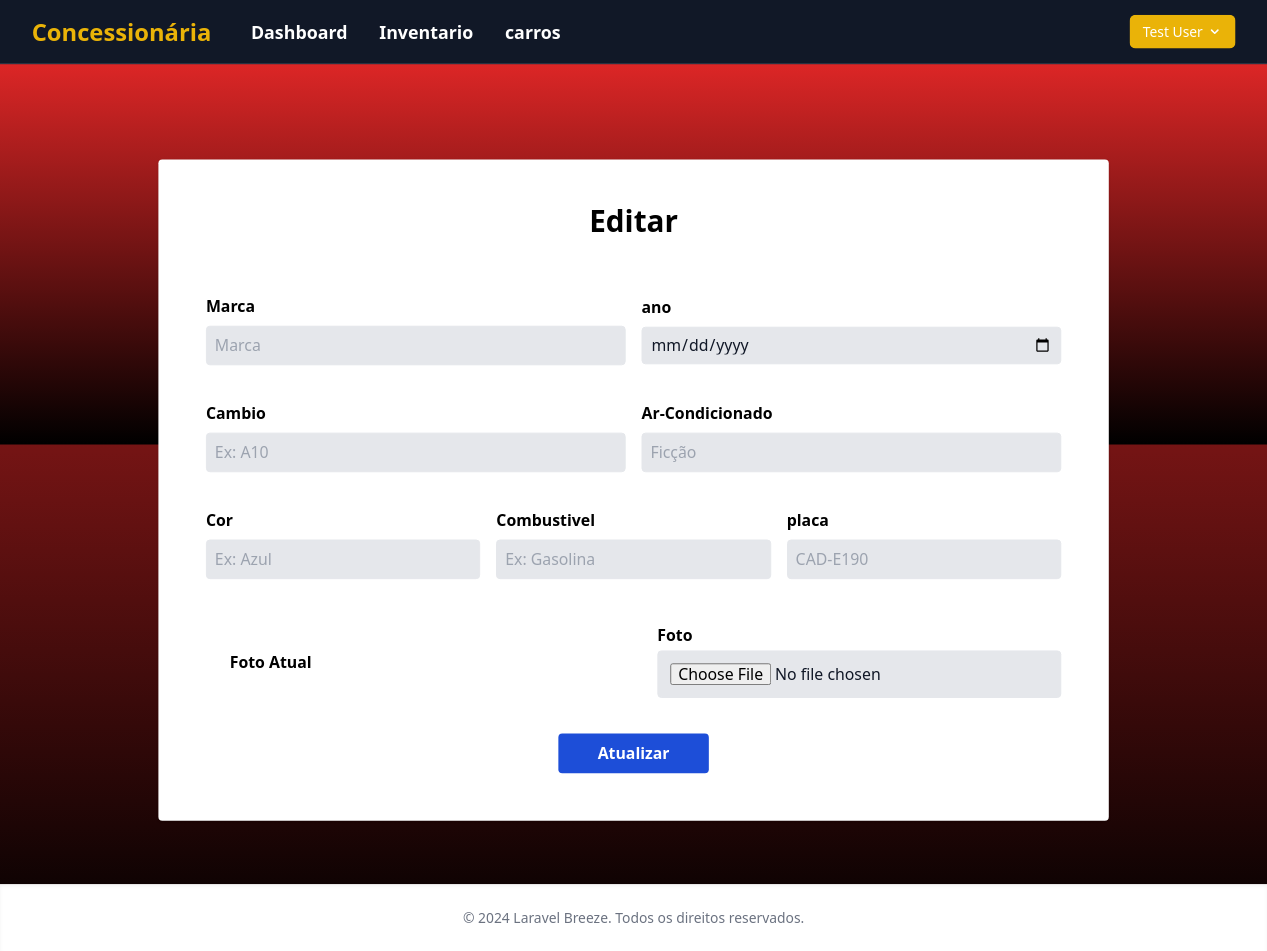
Repository: CarlosEduFF/Projeto-Concession-ria
Page: resources/views/editar.blade.php
An editor plug-in stored every save of this project. The page is shown before and after the next save, followed by the edit.
The browser window is 1280 px wide. The pictures show the whole page, at 99% of full size.
Some web libraries are served in a nearby version. The page is served by the project's Laravel application, run on PHP 8.4 with Laravel 9. A made-up administrator, Test User (test@example.com), is signed in. Other server files are loaded and not shown. The template is opened directly, without the code that normally fills it, so the values that code supplies are empty.

Above is the page before, as saved 2024-09-10 17:08:28.

### routes/web.php
<?php

use App\Http\Controllers\ProfileController;
use Illuminate\Support\Facades\Route;
use App\Http\Controllers\CarroController;

Route::get('/', function () {
    return view('welcome');
});

Route::get('/dashboard', function () {
    return view('dashboard');
})->middleware(['auth', 'verified'])->name('dashboard');

Route::middleware('auth')->group(function () {
    Route::get('/profile', [ProfileController::class, 'edit'])->name('profile.edit');
    Route::patch('/profile', [ProfileController::class, 'update'])->name('profile.update');
    Route::delete('/profile', [ProfileController::class, 'destroy'])->name('profile.destroy');
});

Route::post('/createcarro', [CarroController::class, 'create']);
Route::get('/excluir/{id}', [CarroController::class, 'excluir']);
Route::get('/dashboard', [CarroController::class, 'dashboard'])->middleware(['auth', 'verified'])->name('dashboard');
require __DIR__.'/auth.php';


Route::get('/atualizar', function () {
    return view('atualizacao');
});

Route::post("/atualizar/{id}", [CarroController::class, 'atualizar']);
Route::get("/editar/{id}",[CarroController::class, 'editar'])->name('Editar.carro');

### resources/views/editar.blade.php
<!DOCTYPE html>
<html lang="en">
<head>
    <meta charset="UTF-8">
    <meta name="viewport" content="width=device-width, initial-scale=1.0">
    <link rel="stylesheet" href="https://cdn.jsdelivr.net/npm/tailwindcss@2.2.19/dist/tailwind.min.css">
    <script src="https://unpkg.com/flowbite@1.5.0/dist/flowbite.js"></script>
    <script src="https://cdn.tailwindcss.com"></script>
    <title>Editar Carro</title>
</head>
<body  class="bg-gradient-to-b from-red-600 to-black min-h-screen flex flex-col">

<nav x-data="{ open: false }" class="bg-gray-900 text-white shadow-lg border-b border-gray-700">
    <!-- Primary Navigation Menu -->
    <div class="max-w-7xl mx-auto px-4 sm:px-6 lg:px-8">
        <div class="flex justify-between h-16">
            <div class="flex">
                <!-- Logo -->
                <div class="shrink-0 flex items-center">
                    <a href="{{ route('dashboard') }}">
                    <a href="#" class="text-2xl font-bold text-yellow-500">Concessionária</a>
                    </a>
                </div>

                <!-- Navigation Links -->
                <div class="hidden space-x-8 sm:-my-px sm:ml-10 items-center sm:flex">
                    <a href="{{ route('dashboard') }}" class="text-lg font-semibold text-white hover:text-yellow-400">
                        {{ __('Dashboard') }}
                    </a>
                    <a  class="text-lg font-semibold text-white hover:text-yellow-400">
                        Inventario
                    </a>
                    <a href="" class="text-lg font-semibold text-white hover:text-yellow-400">
                        carros
                    </a>
                </div>
            </div>

            <!-- Settings Dropdown -->
            <div class="hidden sm:flex sm:items-center sm:ml-6">
                <x-dropdown align="right" width="48">
                    <x-slot name="trigger">
                        <button class="inline-flex items-center px-3 py-2 border border-transparent text-sm leading-4 font-medium rounded-md bg-yellow-500 text-white hover:bg-yellow-600 focus:outline-none transition ease-in-out duration-150">
                            <div>{{ Auth::user()->name }}</div>
                            <div class="ml-1">
                                <svg class="fill-current h-4 w-4" xmlns="http://www.w3.org/2000/svg" viewBox="0 0 20 20">
                                    <path fill-rule="evenodd" d="M5.293 7.293a1 1 0 011.414 0L10 10.586l3.293-3.293a1 1 0 111.414 1.414l-4 4a1 1 0 01-1.414 0l-4-4a1 1 0 010-1.414z" clip-rule="evenodd" />
                                </svg>
                            </div>
                        </button>
                    </x-slot>

                    <x-slot name="content">
                        <x-dropdown-link :href="route('profile.edit')">
                            {{ __('Profile') }}
                        </x-dropdown-link>

                        <!-- Authentication -->
                        <form method="POST" action="{{ route('logout') }}">
                            @csrf
                            <x-dropdown-link :href="route('logout')"
                                    onclick="event.preventDefault();
                                                this.closest('form').submit();">
                                {{ __('Log Out') }}
                            </x-dropdown-link>
                        </form>
                    </x-slot>
                </x-dropdown>
            </div>

            <!-- Hamburger -->
            <div class="-mr-2 flex items-center sm:hidden">
                <button @click="open = ! open" class="inline-flex items-center justify-center p-2 rounded-md text-yellow-500 hover:text-yellow-400 hover:bg-gray-800 focus:outline-none focus:bg-gray-800 focus:text-yellow-400 transition duration-150 ease-in-out">
                    <svg class="h-6 w-6" stroke="currentColor" fill="none" viewBox="0 0 24 24">
                        <path :class="{'hidden': open, 'inline-flex': ! open }" class="inline-flex" stroke-linecap="round" stroke-linejoin="round" stroke-width="2" d="M4 6h16M4 12h16M4 18h16" />
                        <path :class="{'hidden': ! open, 'inline-flex': open }" class="hidden" stroke-linecap="round" stroke-linejoin="round" stroke-width="2" d="M6 18L18 6M6 6l12 12" />
                    </svg>
                </button>
            </div>
        </div>
    </div>

    <!-- Responsive Navigation Menu -->
    <div :class="{'block': open, 'hidden': ! open}" class="hidden sm:hidden">
        <div class="pt-2 pb-3 space-y-1">
            <a href="{{ route('dashboard') }}" class="block text-base font-semibold text-yellow-500 hover:bg-gray-800 hover:text-yellow-400">
                {{ __('Dashboard') }}
            </a>
            <a href="" class="block text-base font-semibold text-yellow-500 hover:bg-gray-800 hover:text-yellow-400">
                Inventario
            </a>
        </div>

        <!-- Responsive Settings Options -->
        <div class="pt-4 pb-1 border-t border-gray-700">
            <div class="px-4">
                <div class="font-medium text-base text-white">{{ Auth::user()->name }}</div>
                <div class="font-medium text-sm text-gray-400">{{ Auth::user()->email }}</div>
            </div>

            <div class="mt-3 space-y-1">
                <a href="{{ route('profile.edit') }}" class="block px-4 py-2 text-base font-semibold text-yellow-500 hover:bg-gray-800 hover:text-yellow-400">
                    {{ __('Profile') }}
                </a>

                <!-- Authentication -->
                <form method="POST" action="{{ route('logout') }}">
                    @csrf
                    <a href="{{ route('logout') }}"
                       onclick="event.preventDefault(); this.closest('form').submit();"
                       class="block px-4 py-2 text-base font-semibold text-yellow-500 hover:bg-gray-800 hover:text-yellow-400">
                        {{ __('Log Out') }}
                    </a>
                </form>
            </div>
        </div>
    </div>
</nav>
<!-- FINAL DO Navbar-->

        <div class="w-full">
    <div class="bg-gradient-to-b from-red-600 to-black h-96"></div>
    <div class="max-w-5xl mx-auto px-6 sm:px-6 lg:px-8 mb-12">
    <div class="bg-white w-full shadow rounded p-8 sm:p-12 -mt-72">
        <p class="text-3xl font-bold leading-7 text-center">Editar</p>
        <form method="POST" action="/atualizar/{{$carro->id}}" enctype="multipart/form-data">
            @csrf
            <!-- Primeira linha de inputs -->
            <div class="md:flex items-center mt-12">
                <div class="w-full md:w-1/2 flex flex-col mt-4">
                    <label class="font-semibold leading-none">Marca</label>
                    <input type="text"  name="titulo" placeholder="Marca" class="leading-none text-gray-900 p-2 focus:outline-none focus:border-blue-700 mt-3 bg-gray-200 border rounded border-gray-200" />
                </div>
                <div class="w-full md:w-1/2 flex flex-col mt-4 md:ml-4">
                    <label class="font-semibold leading-none">ano</label>
                    <input type="date" name="ano"  placeholder="Ex: 2024/05/10" class="leading-none text-gray-900 p-2 focus:outline-none focus:border-blue-700 mt-3 bg-gray-200 border rounded border-gray-200" />
                </div>
            </div>

            <!-- Segunda linha de inputs -->
            <div class="md:flex items-center mt-6">
                <div class="w-full md:w-1/2 flex flex-col mt-4">
                    <label class="font-semibold leading-none">Cambio</label>
                    <input type="text" name="cambio"  placeholder="Ex: A10" class="leading-none text-gray-900 p-2 focus:outline-none focus:border-blue-700 mt-3 bg-gray-200 border rounded border-gray-200" />
                </div>
                <div class="w-full md:w-1/2 flex flex-col mt-4 md:ml-4">
                    <label class="font-semibold leading-none">Ar-Condicionado</label>
                    <input type="text" name="Ar-con"  placeholder="Ficção" class="leading-none text-gray-900 p-2 focus:outline-none focus:border-blue-700 mt-3 bg-gray-200 border rounded border-gray-200" />
                </div>
            </div>

            <!-- Terceira linha de inputs -->
            <div class="md:flex items-center mt-6">
                <div class="w-full md:w-1/3 flex flex-col mt-4">
                    <label class="font-semibold leading-none">Cor</label>
                    <input type="text" name="pontuacao"  placeholder="Ex: Azul" class="leading-none text-gray-900 p-2 focus:outline-none focus:border-blue-700 mt-3 bg-gray-200 border rounded border-gray-200" />
                </div>
                 <!-- quarta linha de inputs -->
                <div class="w-full md:w-1/3 flex flex-col mt-4 md:ml-4">
                    <label class="font-semibold leading-none">Combustivel</label>
                    <input type="text" name="combustivel"  placeholder="Ex: Gasolina" class="leading-none text-gray-900 p-2 focus:outline-none focus:border-blue-700 mt-3 bg-gray-200 border rounded border-gray-200" />
                </div>
                 <!-- Quinta linha de inputs -->
                <div class="w-full md:w-1/3 flex flex-col mt-4 md:ml-4">
                    <label class="font-semibold leading-none">placa</label>
                    <input type="text" name="empresa"  placeholder="CAD-E190" class="leading-none text-gray-900 p-2 focus:outline-none focus:border-blue-700 mt-3 bg-gray-200 border rounded border-gray-200" />
                </div>
            </div>
               <!-- TSexta linha de inputs -->
            <div class="md:flex items-center mt-12">
                        <div class="w-full flex md:w-1/2 flex-col md:ml-6 md:mt-0 mt-4">
                            <label class="font-semibold leading-none">Foto Atual</label>
                          @if($carro->capa)
                           <img src="{{asset('storage/' . $carro->foto)}}" alt="capa anterior " class="leading-none text-gray-900 p-2 focus:outline-none focus:border-blue-700 mt-2 bg-gray-200 border rounded border-gray-200 size-3/5">
                           @endif
                    </div>
                    <div class="w-full md:w-1/2 flex flex-col md:ml-6 md:mt-0 mt-4">
                        <label class="font-semibold leading-none">Foto</label>
                        <input type="file" name="capa" value="{{$carro->foto}}"  class="leading-none text-gray-900 p-3 focus:outline-none focus:border-blue-700 mt-2 bg-gray-200 border rounded border-gray-200"/>
                    </div>
                </div>

            <!-- Botão de enviar -->
            <div class="flex items-center justify-center w-full mt-9">
                <button type="submit" class="font-semibold leading-none text-white py-3 px-10 bg-blue-700 rounded hover:bg-blue-600 focus:ring-2 focus:ring-offset-2 focus:ring-blue-700 focus:outline-none">
                    Atualizar
                </button>
            </div>
        </form>
    </div>
</div>

 <!-- Footer -->
 <footer class="mt-16 p-6 bg-white dark:bg-zinc-800 shadow-inner">
        <div class="text-center text-sm text-gray-500 dark:text-gray-400">
            © 2024 Laravel Breeze. Todos os direitos reservados.
        </div>
    </footer>

</body>
</html>

Loaded but not shown: routes/auth.php (common file); app/Http/Controllers/Auth/EmailVerificationPromptController.php (common file); app/Http/Controllers/Controller.php (common file); app/Http/Controllers/Auth/VerifyEmailController.php (common file); app/Models/User.php (common file); resources/views/components/dropdown-link.blade.php (common file); resources/views/components/dropdown.blade.php (common file)

After the next save:
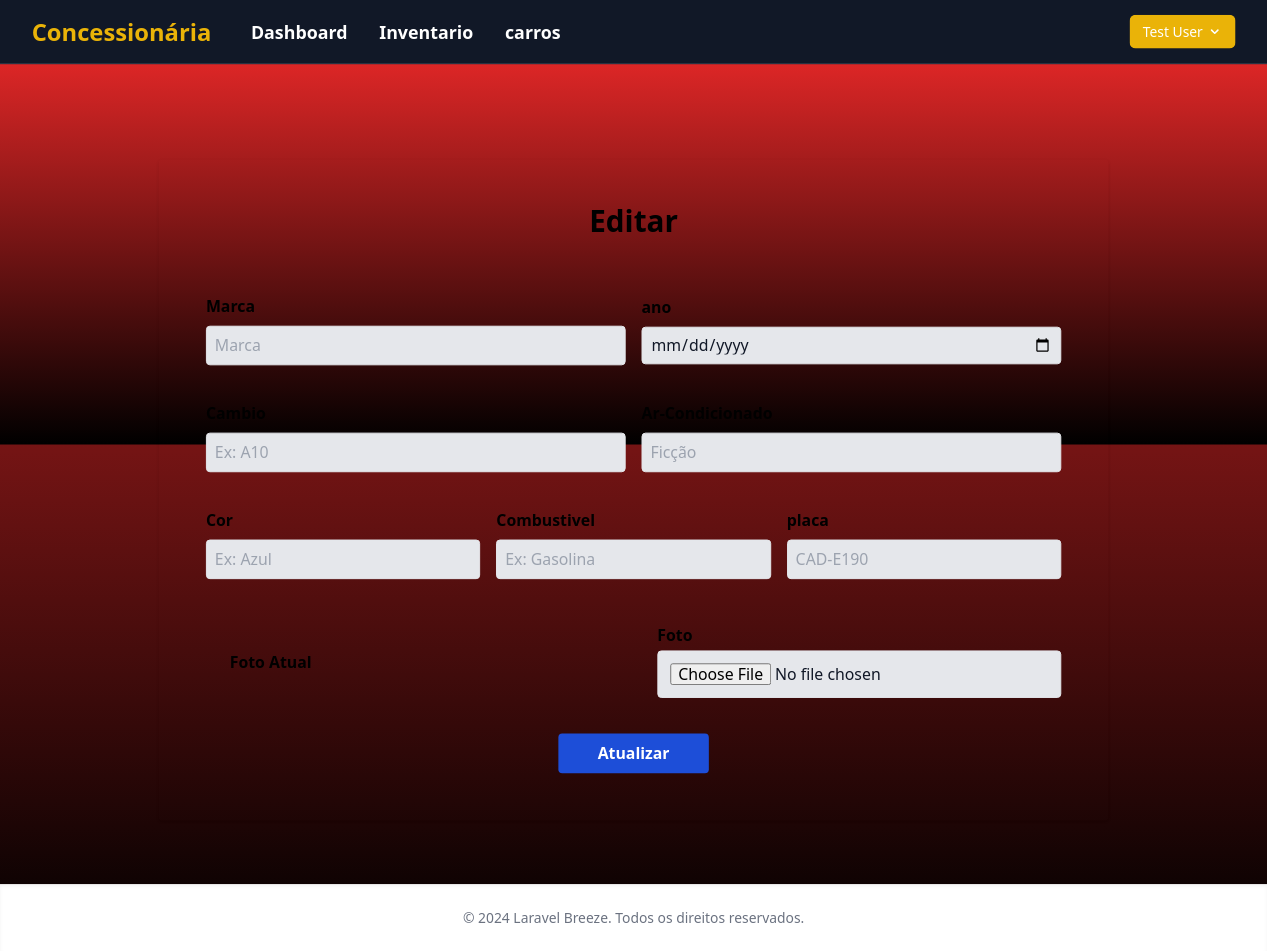
Saved 25 s later.
--- a/resources/views/editar.blade.php
+++ b/resources/views/editar.blade.php
@@ -121,7 +121,7 @@
         <div class="w-full">
     <div class="bg-gradient-to-b from-red-600 to-black h-96"></div>
     <div class="max-w-5xl mx-auto px-6 sm:px-6 lg:px-8 mb-12">
-    <div class="bg-white w-full shadow rounded p-8 sm:p-12 -mt-72">
+    <div class=" w-full shadow rounded p-8 sm:p-12 -mt-72">
         <p class="text-3xl font-bold leading-7 text-center">Editar</p>
         <form method="POST" action="/atualizar/{{$carro->id}}" enctype="multipart/form-data">
             @csrf

After the save that followed:
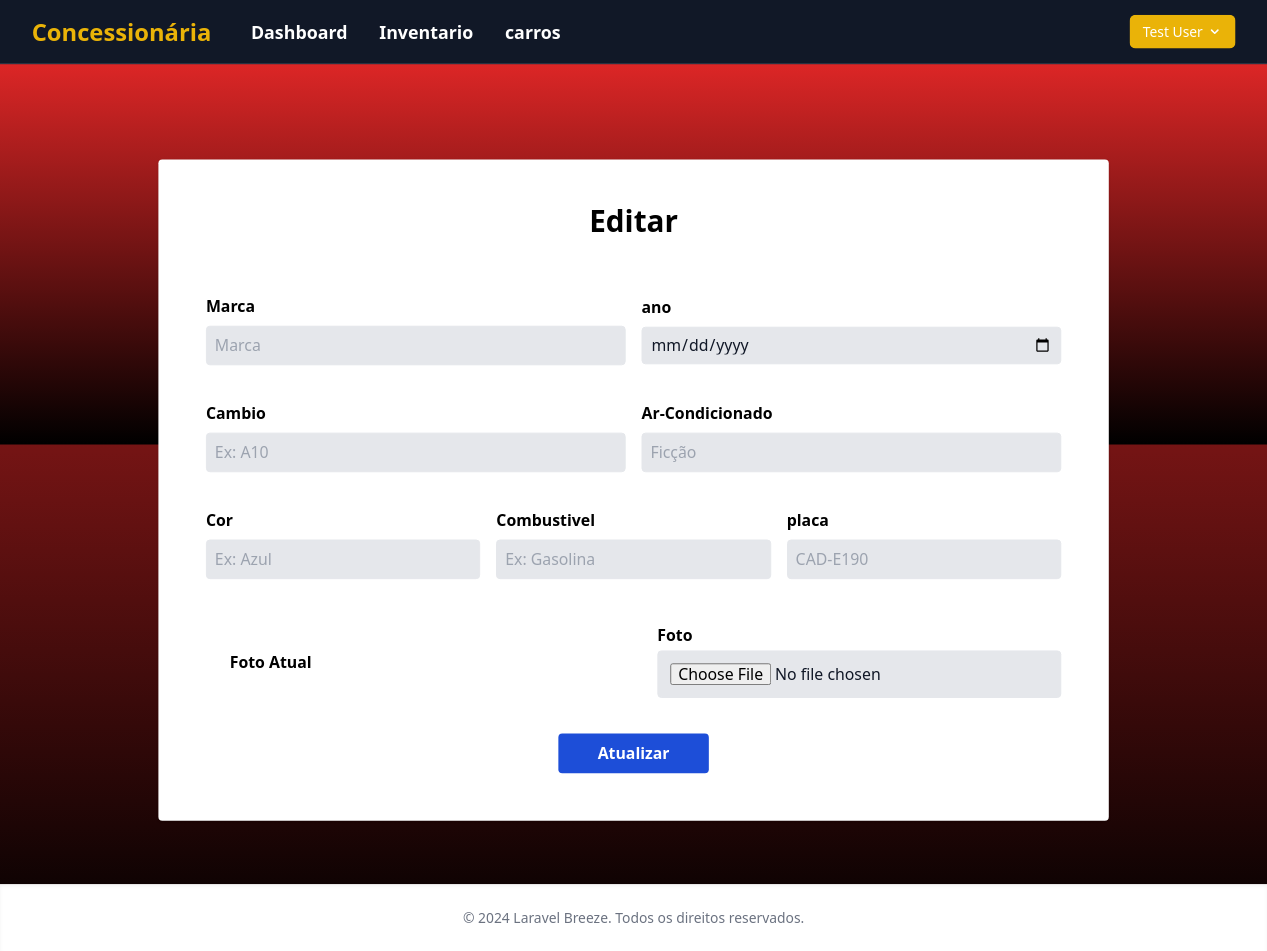
Saved 17 s later.
--- a/resources/views/editar.blade.php
+++ b/resources/views/editar.blade.php
@@ -121,7 +121,7 @@
         <div class="w-full">
     <div class="bg-gradient-to-b from-red-600 to-black h-96"></div>
     <div class="max-w-5xl mx-auto px-6 sm:px-6 lg:px-8 mb-12">
-    <div class=" w-full shadow rounded p-8 sm:p-12 -mt-72">
+    <div class="bg-white w-full shadow rounded p-8 sm:p-12 -mt-72">
         <p class="text-3xl font-bold leading-7 text-center">Editar</p>
         <form method="POST" action="/atualizar/{{$carro->id}}" enctype="multipart/form-data">
             @csrf
